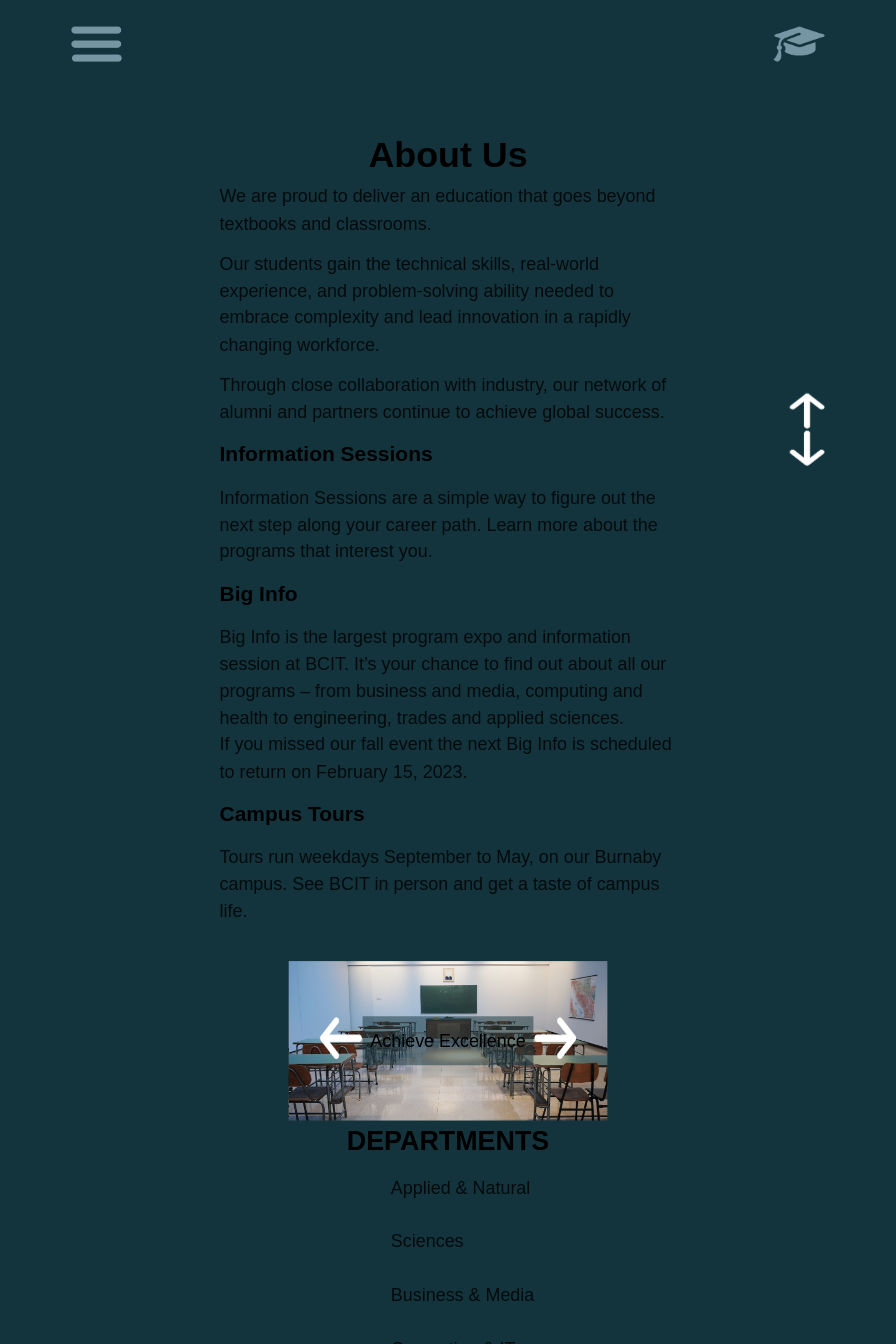
Repository: Kinakopan/playwright_bcit
Page: /about
These files come from the project's save history. The page is drawn as it stood at one moment and after the next save; the edit follows.
The browser window is 1280 px wide. The pictures show the part of the page from y = 0 to 1920 px (the page is 2369 px tall before and 2606 px after), at 70% of full size.
Some web fonts or font styles are not loaded; a fallback is used. The project was rebuilt for these pictures with package versions that can differ from the ones it lists, and the page was loaded fresh each time. The framework's server and built-in components were replaced by stand-ins that run in the browser. Also part of the build but not shown: next.config.js.

Above is the page before, as saved 2023-01-28 15:36:46.

After the next save:
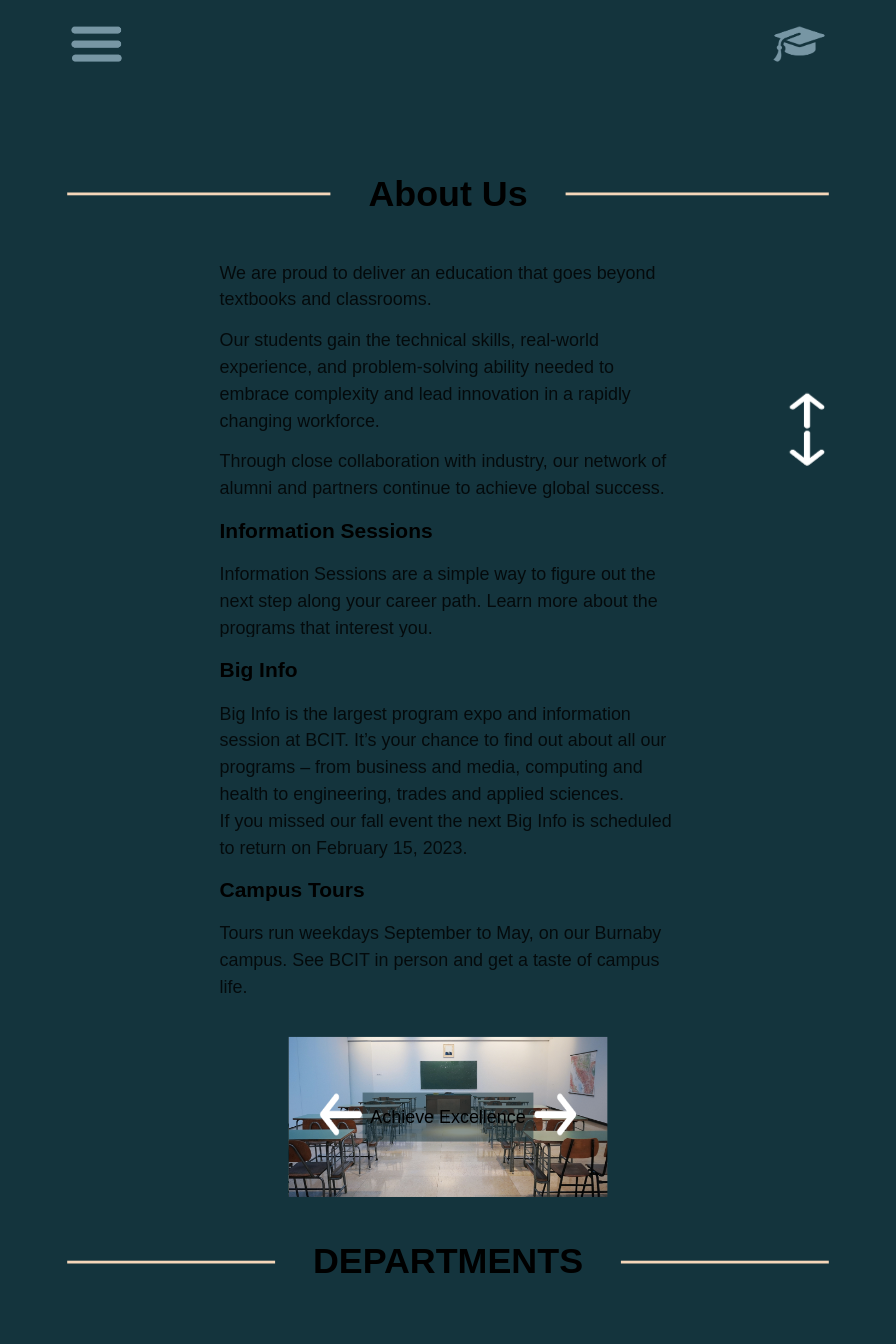
Saved 38 s later.
--- a/components/headingLine.js
+++ b/components/headingLine.js
@@ -14,7 +14,7 @@ import React from 'react';
 const HeadingLine = ({headingTag = 'h1', headingText = ''}) => {
   return (
     <>
-      {React.createElement(headingTag, {className: styles.text_heading}, headingText)}
+      {React.createElement(headingTag, {className: styles.text_heading1}, headingText)}
     </>
   );
 };
